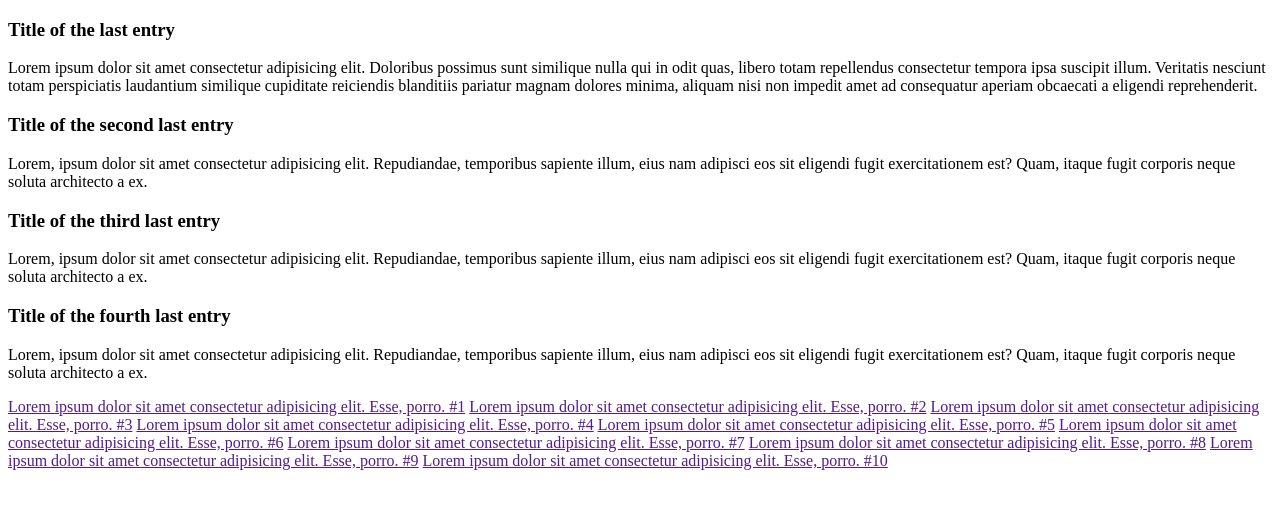
Repository: KikiMcArron/Don_Kiki_McArron
Page: index.html
An editor plug-in stored every save of this project. The page is shown before and after the next save, followed by the edit.
The browser window is 1280 px wide. The pictures show the whole page.

Above is the page before, as saved 2022-04-10 19:15:51.

After the next save:
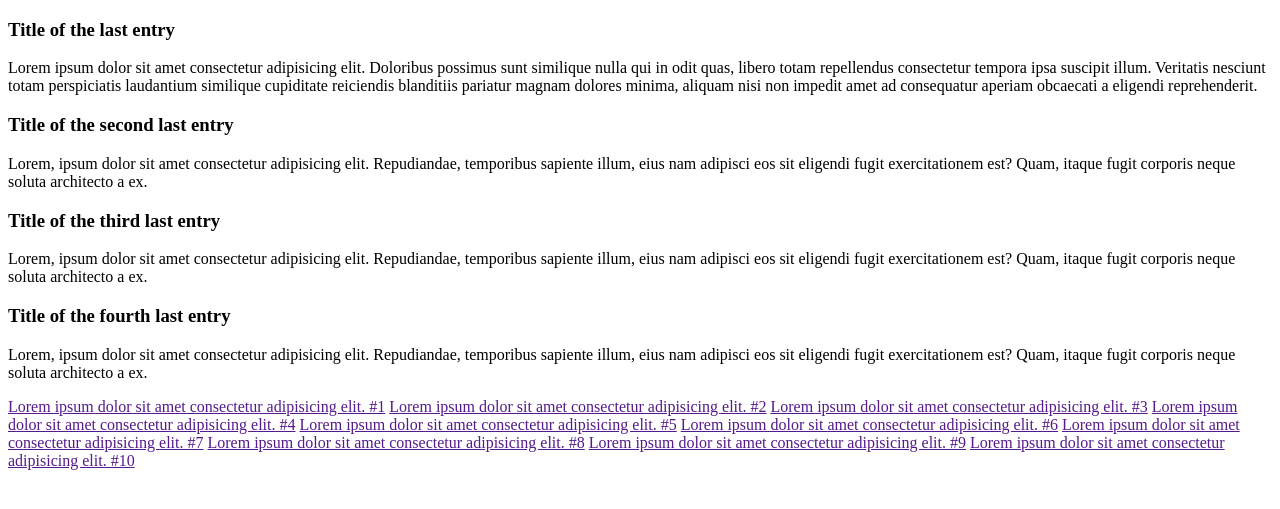
Saved 9 s later.
--- a/index.html
+++ b/index.html
@@ -43,16 +43,16 @@
             </article>
         </section>
         <section class="hitory_entries">
-            <a href="">Lorem ipsum dolor sit amet consectetur adipisicing elit. Esse, porro. #1</a>
-            <a href="">Lorem ipsum dolor sit amet consectetur adipisicing elit. Esse, porro. #2</a>
-            <a href="">Lorem ipsum dolor sit amet consectetur adipisicing elit. Esse, porro. #3</a>
-            <a href="">Lorem ipsum dolor sit amet consectetur adipisicing elit. Esse, porro. #4</a>
-            <a href="">Lorem ipsum dolor sit amet consectetur adipisicing elit. Esse, porro. #5</a>
-            <a href="">Lorem ipsum dolor sit amet consectetur adipisicing elit. Esse, porro. #6</a>
-            <a href="">Lorem ipsum dolor sit amet consectetur adipisicing elit. Esse, porro. #7</a>
-            <a href="">Lorem ipsum dolor sit amet consectetur adipisicing elit. Esse, porro. #8</a>
-            <a href="">Lorem ipsum dolor sit amet consectetur adipisicing elit. Esse, porro. #9</a>
-            <a href="">Lorem ipsum dolor sit amet consectetur adipisicing elit. Esse, porro. #10</a>
+            <a href="">Lorem ipsum dolor sit amet consectetur adipisicing elit. #1</a>
+            <a href="">Lorem ipsum dolor sit amet consectetur adipisicing elit. #2</a>
+            <a href="">Lorem ipsum dolor sit amet consectetur adipisicing elit. #3</a>
+            <a href="">Lorem ipsum dolor sit amet consectetur adipisicing elit. #4</a>
+            <a href="">Lorem ipsum dolor sit amet consectetur adipisicing elit. #5</a>
+            <a href="">Lorem ipsum dolor sit amet consectetur adipisicing elit. #6</a>
+            <a href="">Lorem ipsum dolor sit amet consectetur adipisicing elit. #7</a>
+            <a href="">Lorem ipsum dolor sit amet consectetur adipisicing elit. #8</a>
+            <a href="">Lorem ipsum dolor sit amet consectetur adipisicing elit. #9</a>
+            <a href="">Lorem ipsum dolor sit amet consectetur adipisicing elit. #10</a>
 
         </section>
     </main>
